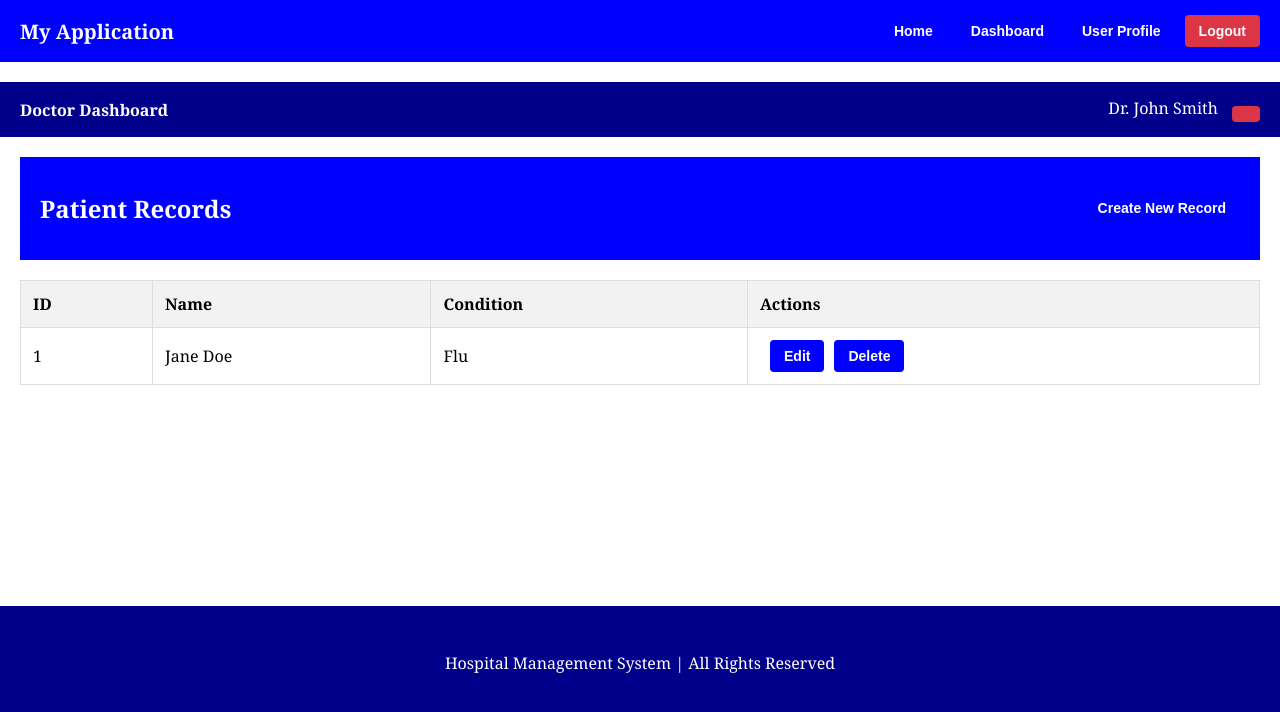
Repository: BinuriJ/HospitalSystem
Page: http://localhost/CyborgSys/DoctorDashboard.jsp
An editor plug-in stored every save of this project. The page is shown before and after the next save, followed by the edit.
The browser window is 1280 px wide. The pictures show the whole page.
The page is served by Tomcat 9.

Above is the page before, as saved 2025-05-09 17:46:02.

After the next save:
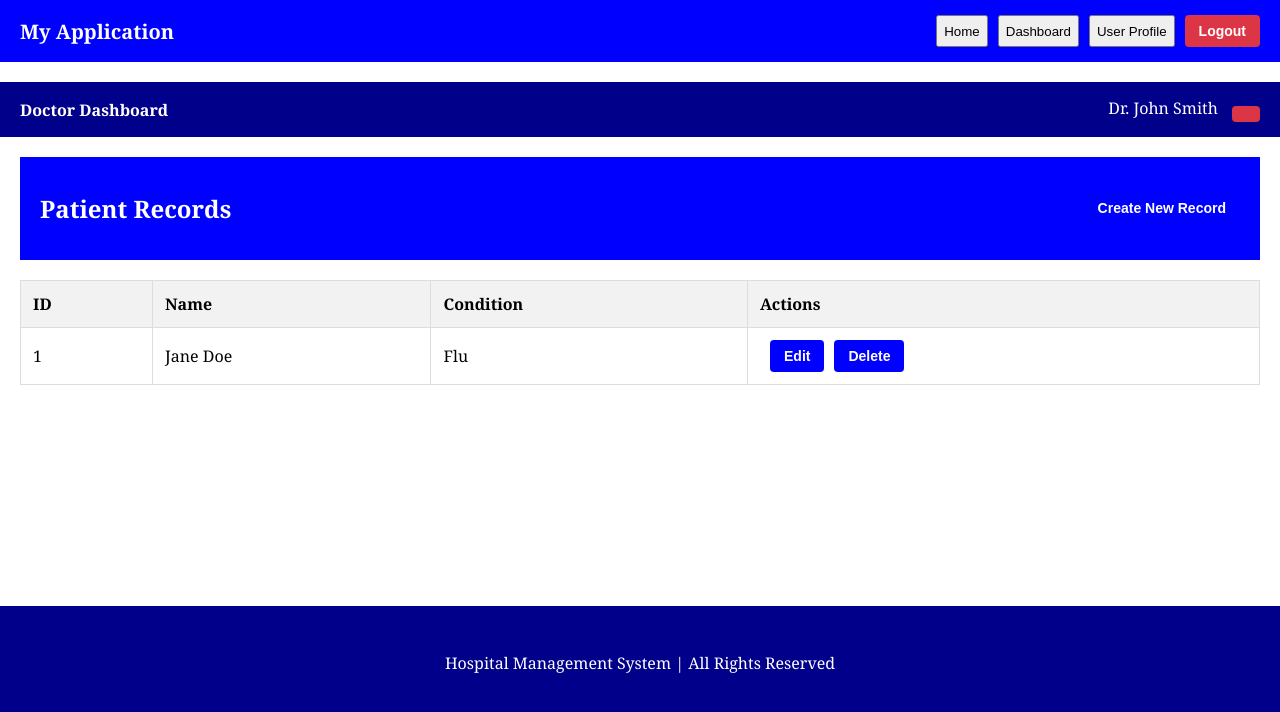
Saved 89 s later.
--- a/CyborgSys/WebContent/header.jsp
+++ b/CyborgSys/WebContent/header.jsp
@@ -11,9 +11,9 @@
 <div class="header">
   <div class="logo">My Application</div>
   <div class="nav-buttons">
-    <button class="btn">Home</button>
-    <button class="btn">Dashboard</button>
-    <button class="btn">User Profile</button>
+    <button class="header-btn">Home</button>
+    <button class="header-btn">Dashboard</button>
+    <button class="header-btn">User Profile</button>
     <button class="btn btn-logout">Logout</button>
   </div>
 </div>
